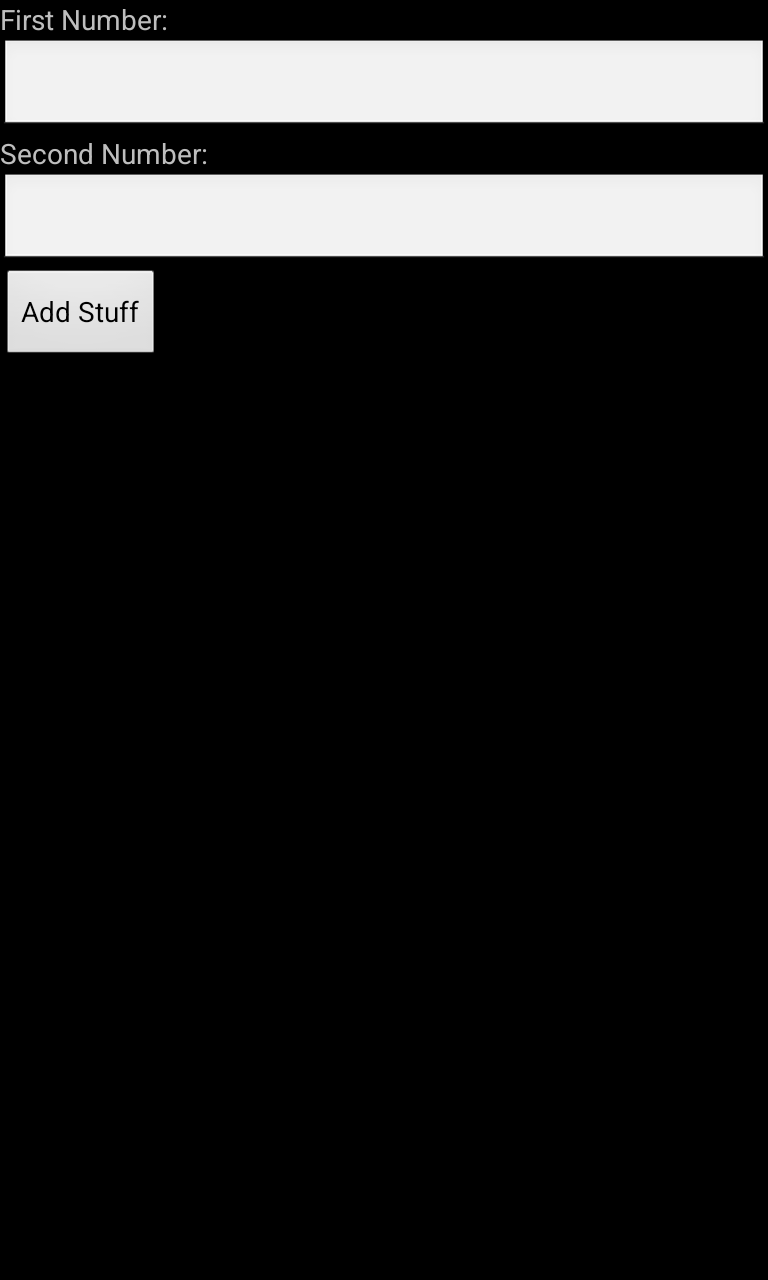
Repository: drwelden/Android-Presentation
Layout: Basic/Calculator/res/layout/main.xml
These files come from the project's save history. The layout is drawn as it stood at one moment and after the next save; the edit follows.
It is drawn on a 768 x 1280 px phone screen (xhdpi) without system bars, with theme android:Theme; the app's code is not run.

Above is the layout before, as saved 2010-09-23 00:38:43.

### Basic/Calculator/res/layout/main.xml
<?xml version="1.0" encoding="utf-8"?>
<LinearLayout xmlns:android="http://schemas.android.com/apk/res/android"
    android:orientation="vertical"
    android:layout_width="fill_parent"
    android:layout_height="fill_parent"
    >
    <TextView
    	android:text="@string/fnum"
    	android:layout_width="wrap_content"
    	android:layout_height="wrap_content"
    	/>
    <EditText
    	android:id="@+id/first_number"
    	android:layout_width="fill_parent"
    	android:layout_height="wrap_content"
    	/>
    <TextView
    	android:text="@string/snum"
    	android:layout_width="fill_parent"
    	android:layout_height="wrap_content"
    	/>
    <EditText
    	android:id="@+id/second_number"
    	android:layout_width="fill_parent"
    	android:layout_height="wrap_content"
    	/>
	<Button
		android:id="@+id/calculate"
		android:text="@string/add_stuff"
		android:layout_width="wrap_content"
		android:layout_height="wrap_content"
		/>
	<TextView
		android:id="@+id/answer"
		android:layout_width="fill_parent"
		android:layout_height="wrap_content"
		/>
</LinearLayout>

### Basic/Calculator/res/values/strings.xml
<?xml version="1.0" encoding="utf-8"?>
<resources>
    <string name="hello">Hello World, Calculatoor!</string>
    <string name="app_name">Calculatoor</string>
    <string name="add_stuff">Add Stuff</string>
    <string name="fnum">First Number:</string>
    <string name="snum">Second Number:</string>
    <string name="result">Result: </string>
</resources>

After the next save:
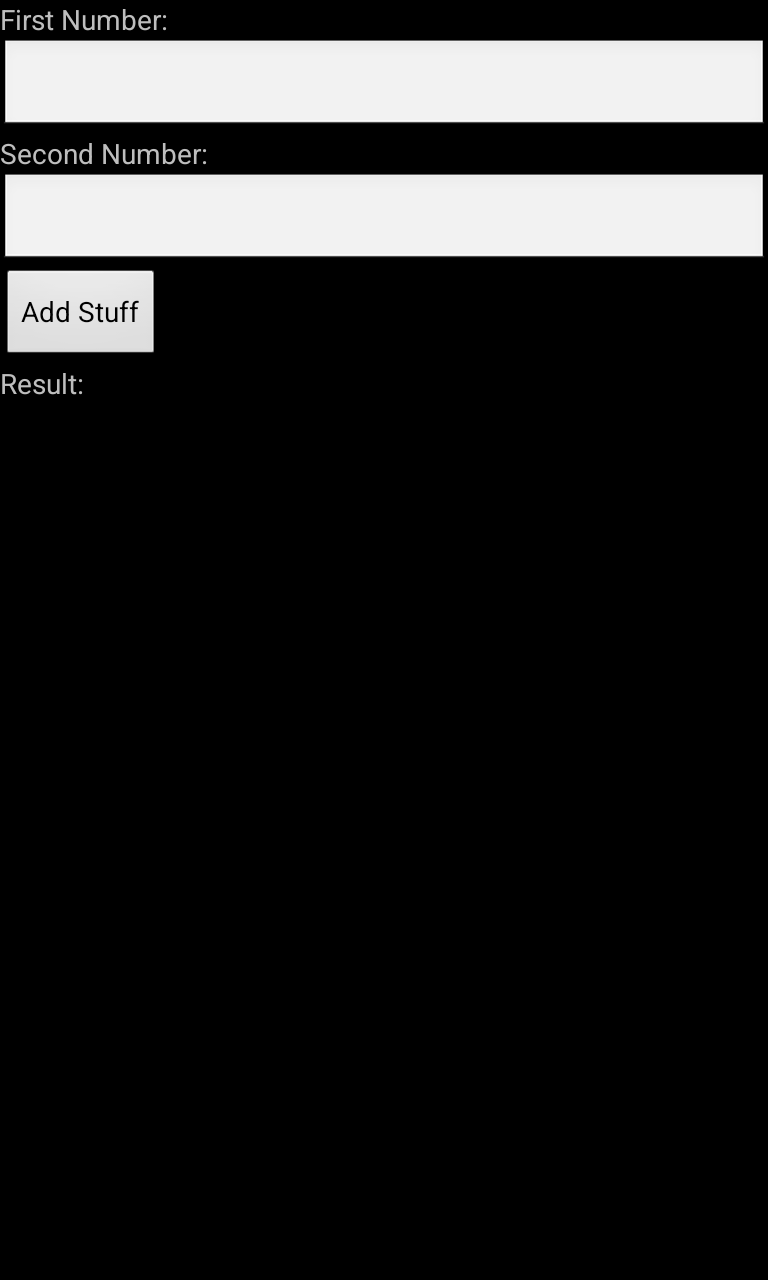
Saved 15 s later.
--- a/Basic/Calculator/res/layout/main.xml
+++ b/Basic/Calculator/res/layout/main.xml
@@ -32,6 +32,7 @@
 		/>
 	<TextView
 		android:id="@+id/answer"
+		android:text="@string/result"
 		android:layout_width="fill_parent"
 		android:layout_height="wrap_content"
 		/>
